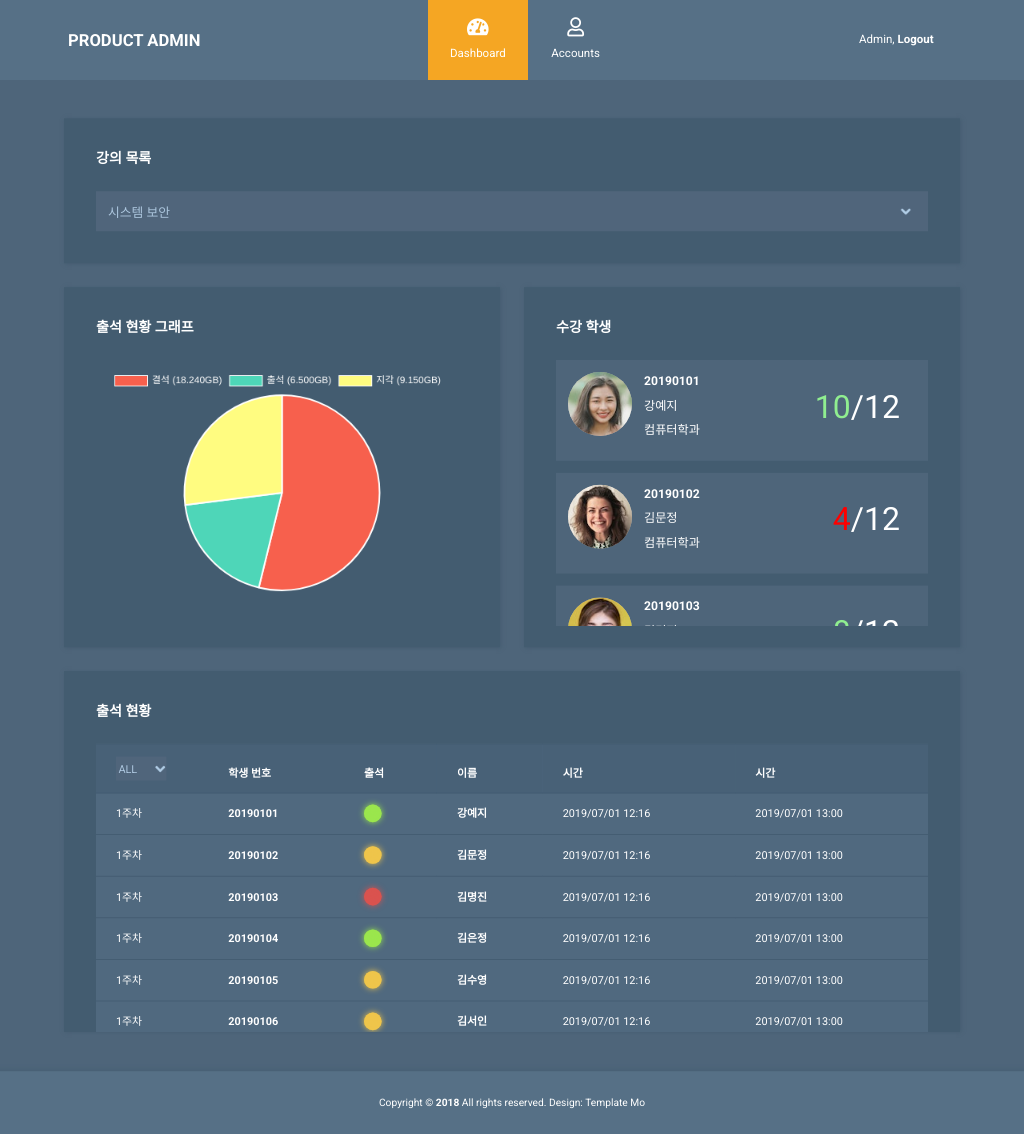
Repository: YJ-S2/2019-FaceAPI
Page: test1-master/web/123/WebContent/web1.html
These files come from the project's save history. The page is drawn as it stood at one moment and after the next save; the edit follows.
The browser window is 1280 px wide. The pictures show the whole page, at 80% of full size.
An inner scrolling area shows only its first screen.

Above is the page before, as saved 2019-08-11 16:20:49.

After the next save:
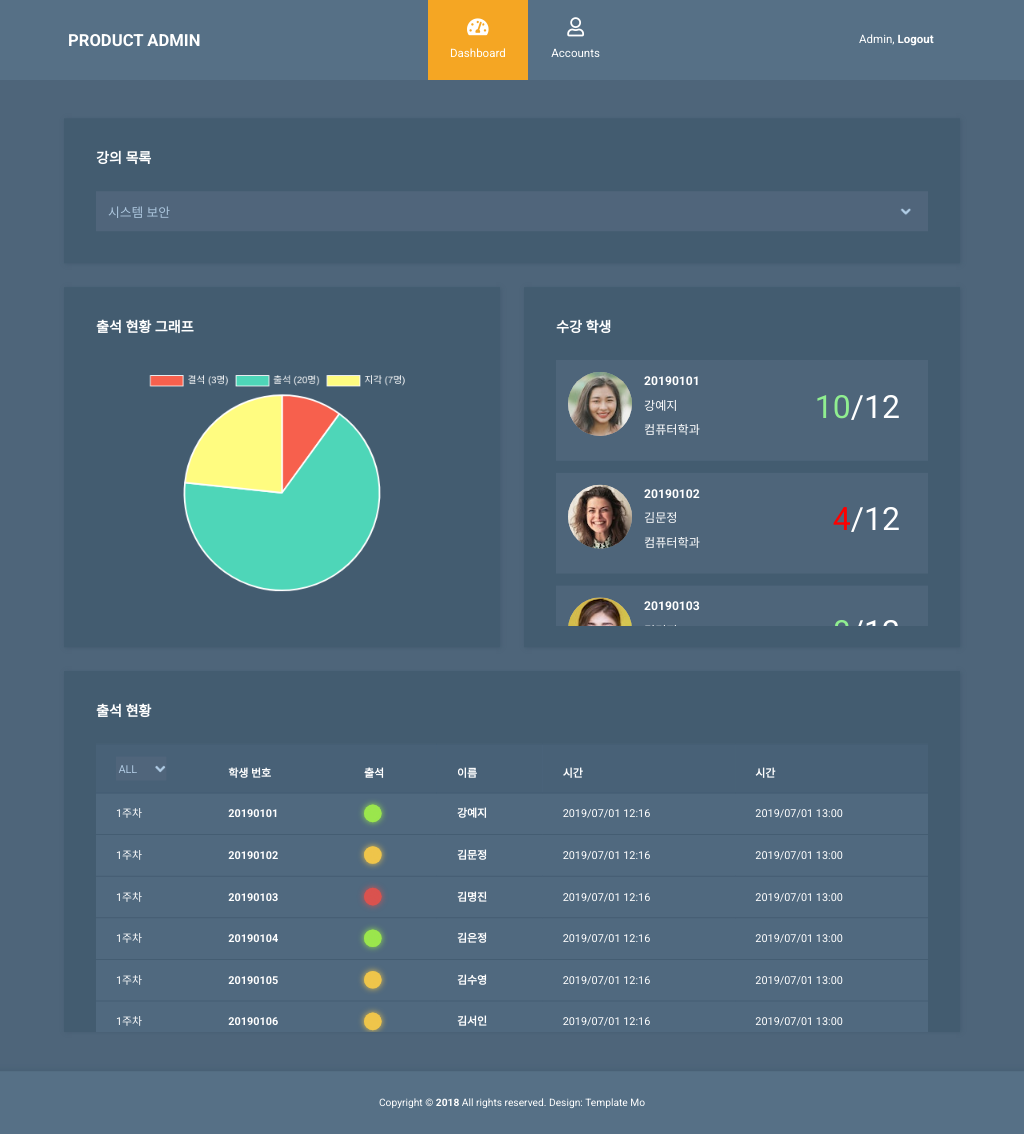
Saved 72 s later.
--- a/test1-master/web/123/WebContent/js/tooplate-scripts.js
+++ b/test1-master/web/123/WebContent/js/tooplate-scripts.js
@@ -159,15 +159,15 @@ function drawPieChart() {
       data: {
         datasets: [
           {
-            data: [18.24, 6.5, 9.15],
+            data: [3, 20, 7],
             backgroundColor: ["#F7604D", "#4ED6B8", "#FFFC80"],
             label: "Storage"
           }
         ],
         labels: [
-          "결석 (18.240GB)",
-          "출석 (6.500GB)",
-          "지각 (9.150GB)"
+          "결석 (3명)",
+          "출석 (20명)",
+          "지각 (7명)"
         ]
       },
       options: optionsPie
